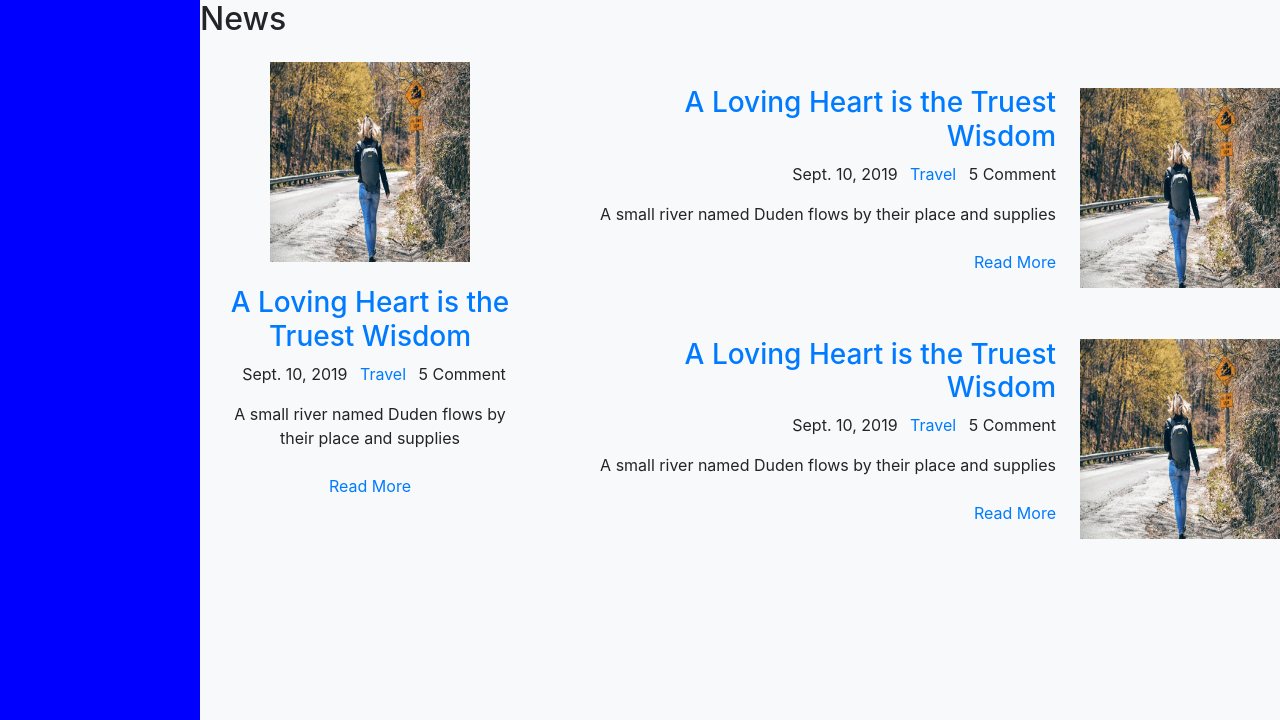
Repository: tts2610/GoogleNews
Page: index.html
An editor plug-in stored every save of this project. The page is shown before and after the next save, followed by the edit.
The browser window is 1280 px wide. The pictures show the whole page.
The page's requests for data from a server got no answer. An inner scrolling area shows only its first screen.

Above is the page before, as saved 2020-05-20 13:54:09.

### index.html
<!DOCTYPE html>
<html lang="en">

<head>
    <meta charset="UTF-8">
    <meta name="viewport" content="width=device-width, initial-scale=1.0">
    <title>Document</title>
    <link rel="stylesheet" href="https://maxcdn.bootstrapcdn.com/bootstrap/4.4.1/css/bootstrap.min.css">

    <!-- jQuery library -->
    <script src="https://ajax.googleapis.com/ajax/libs/jquery/3.5.1/jquery.min.js"></script>

    <!-- Popper JS -->
    <script src="https://cdnjs.cloudflare.com/ajax/libs/popper.js/1.16.0/umd/popper.min.js"></script>

    <!-- Latest compiled JavaScript -->
    <script src="https://maxcdn.bootstrapcdn.com/bootstrap/4.4.1/js/bootstrap.min.js"></script>
    <link rel="stylesheet" href="css/style.css">
</head>

<body>
    <div class="myContainer">
        <div class="sidenav"></div>
        <div class="content">
            <div class="content-header mb-4">
                <h1 style="font-size: xx-large;">News</h1>
            </div>
            <div class="row">
                <div class="col-4 d-flex">
                    <div class="blog-entry-left">
                        <div>
                            <img src="img/image_8.jpg" width="200" height="200">
                        </div>
                        <div class="text p-4" style="text-align: center;">
                            <h3 class="mb-2"><a href="single.html">A Loving Heart is the Truest Wisdom</a></h3>
                            <div class="meta-wrap">
                                <p class="meta">
                                    <span><i class="icon-calendar mr-2"></i>Sept. 10, 2019</span>
                                    <span><a href="single.html"><i class="icon-folder-o mr-2"></i>Travel</a></span>
                                    <span><i class="icon-comment2 mr-2"></i>5 Comment</span>
                                </p>
                            </div>
                            <p class="mb-4">A small river named Duden flows by their place and supplies</p>
                            <p><a href="#" class="btn-custom">Read More <span class="ion-ios-arrow-forward"></span></a></p>
                        </div>
                    </div>
                </div>
                <div class="col-8 d-flex">
                    <div class="row">
                        <div class="col-md-12">
                            <div class="blog-entry ftco-animate d-md-flex align-items-center">
                                <div class="text text-2 text-md-right p-4">
                                    <h3 class="mb-2"><a href="single.html">A Loving Heart is the Truest Wisdom</a></h3>
                                    <div class="meta-wrap">
                                        <p class="meta">
                                            <span><i class="icon-calendar mr-2"></i>Sept. 10, 2019</span>
                                            <span><a href="single.html"><i class="icon-folder-o mr-2"></i>Travel</a></span>
                                            <span><i class="icon-comment2 mr-2"></i>5 Comment</span>
                                        </p>
                                    </div>
                                    <p class="mb-4">A small river named Duden flows by their place and supplies</p>
                                    <p><a href="#" class="btn-custom">Read More <span class="ion-ios-arrow-forward"></span></a></p>
                                </div>
                                <div class="news-img"><img src="img/image_8.jpg" width="200" height="200"></div>
                            </div>
                        </div>
                        <div class="col-md-12">
                            <div class="blog-entry ftco-animate d-md-flex align-items-center">
                                <div class="text text-2 text-md-right p-4">
                                    <h3 class="mb-2"><a href="single.html">A Loving Heart is the Truest Wisdom</a></h3>
                                    <div class="meta-wrap">
                                        <p class="meta">
                                            <span><i class="icon-calendar mr-2"></i>Sept. 10, 2019</span>
                                            <span><a href="single.html"><i class="icon-folder-o mr-2"></i>Travel</a></span>
                                            <span><i class="icon-comment2 mr-2"></i>5 Comment</span>
                                        </p>
                                    </div>
                                    <p class="mb-4">A small river named Duden flows by their place and supplies</p>
                                    <p><a href="#" class="btn-custom">Read More <span class="ion-ios-arrow-forward"></span></a></p>
                                </div>
                                <div class="news-img"><img src="img/image_8.jpg" width="200" height="200"></div>
                            </div>
                        </div>
                    </div>
                </div>
            </div>


        </div>
    </div>

    <script src="js/script.js"></script>
</body>

</html>

### css/style.css
body {
    margin: 0
}

.myContainer {
    display: flex;
    justify-content: start;
}

.sidenav {
    height: 100vh;
    width: 200px;
    float: left;
    position: relative;
    background-color: blue;
}

.content {
    height: 100vh;
    width: calc(100% - 200px);
    float: right;
    position: relative;
    background-color: #f8f9fa;
    overflow-y: scroll;
}

.blog-entry-left {
    display: flex;
    flex-direction: column;
    align-items: center;
}

### js/script.js
let newsList = [];
const apiKey = "2dc86bcdc7184b17b45b74b30858f75a"
const loadNews = async() => {
    let url = `https://newsapi.org/v2/top-headlines?country=us&apiKey=${apiKey}`;
    let data = await fetch(url);
    let result = await data.json();

    console.log("what we get here", result);
}

loadNews();

After the next save:
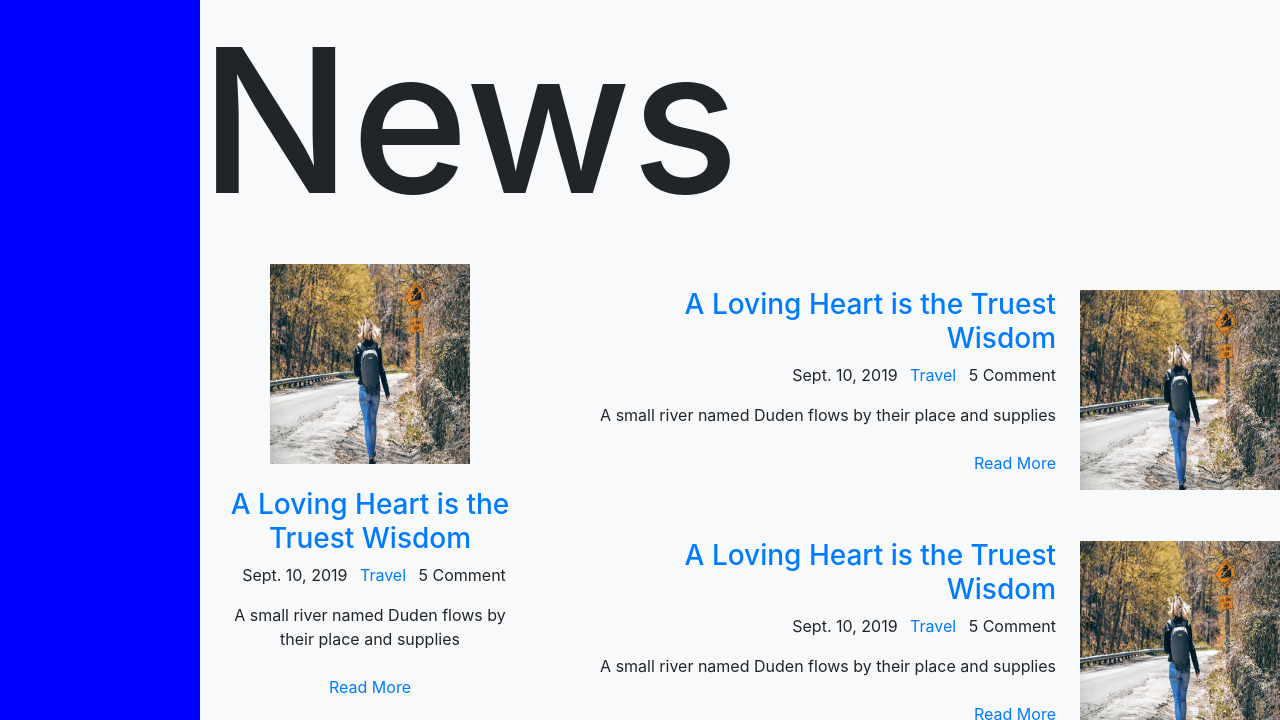
Saved 6 s later.
--- a/index.html
+++ b/index.html
@@ -23,7 +23,7 @@
         <div class="sidenav"></div>
         <div class="content">
             <div class="content-header mb-4">
-                <h1 style="font-size: xx-large;">News</h1>
+                <h1 style="font-size: 200px;">News</h1>
             </div>
             <div class="row">
                 <div class="col-4 d-flex">
